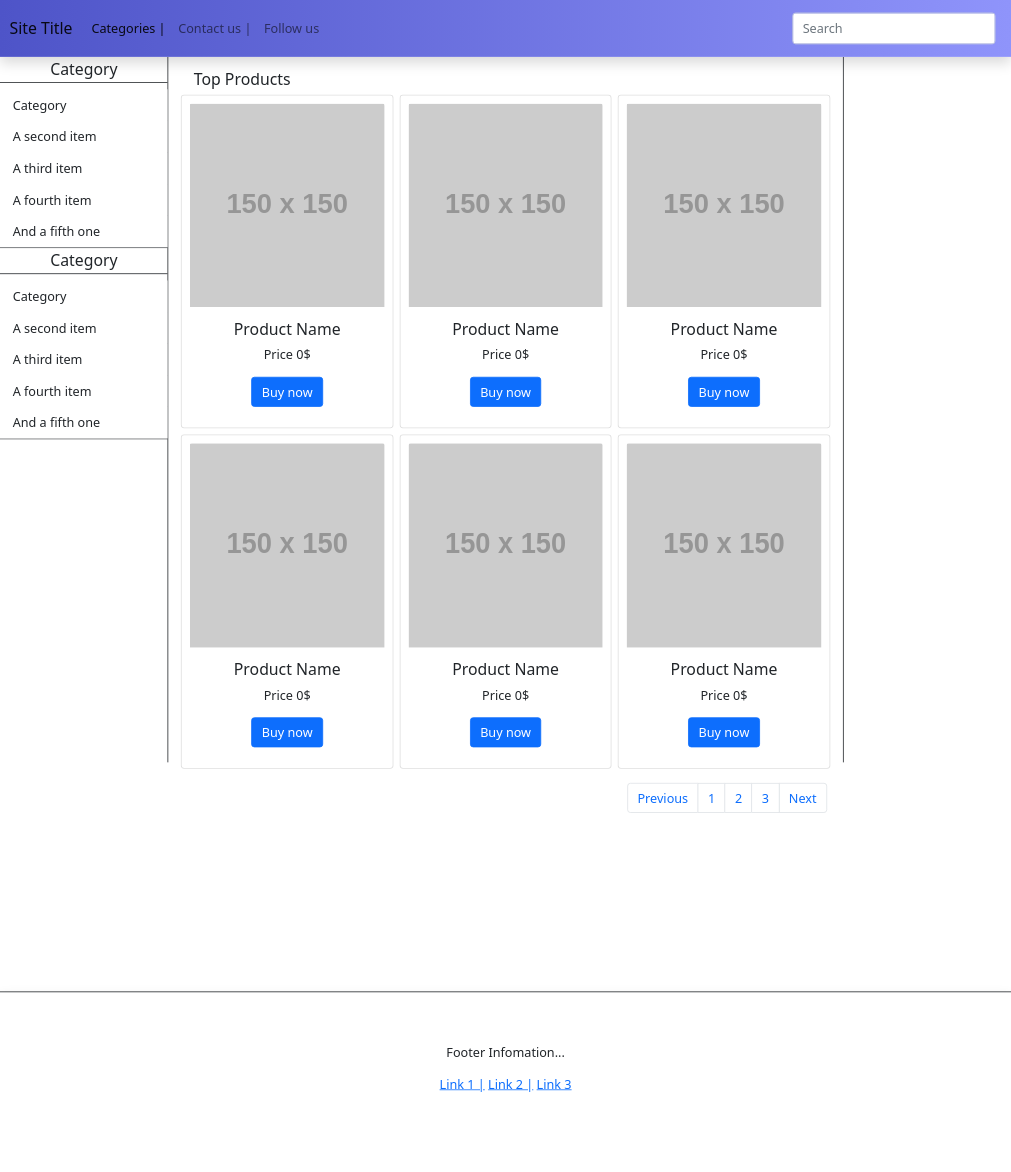
Repository: ttranhhoang/layoutBS
Page: layoutBS2/index.html
The author's editor kept a copy of each file at every save. The page is drawn from the files as they stood at one save, then again after the next save.
The browser window is 1280 px wide. The pictures show the whole page, at 79% of full size.

Above is the page before, as saved 2022-04-24 23:07:54.

After the next save:
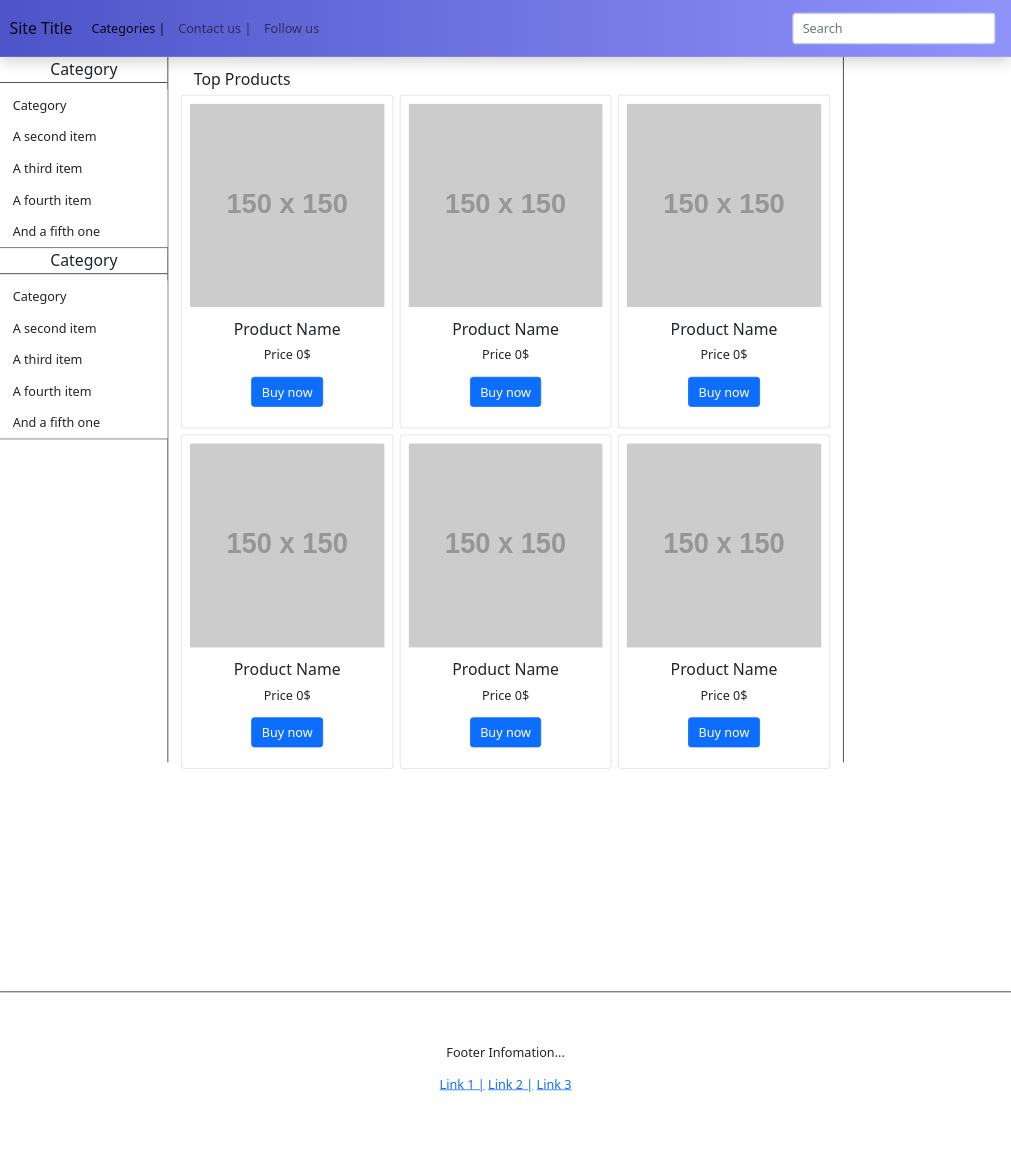
Saved 47 s later.
--- a/layoutBS2/index.html
+++ b/layoutBS2/index.html
@@ -194,33 +194,6 @@
                 </div>
               </div>
             </div>
-            <div class="position-absolute bottom right">
-              <nav aria-label="Page navigation example ">
-                <ul class="pagination justify-content-end">
-                  <li class="page-item">
-                    <a
-                      class="page-link"
-                      href="#"
-                      tabindex="-1"
-                      aria-disabled="true"
-                      >Previous</a
-                    >
-                  </li>
-                  <li class="page-item">
-                    <a class="page-link" href="#">1</a>
-                  </li>
-                  <li class="page-item">
-                    <a class="page-link" href="#">2</a>
-                  </li>
-                  <li class="page-item">
-                    <a class="page-link" href="#">3</a>
-                  </li>
-                  <li class="page-item">
-                    <a class="page-link" href="#">Next</a>
-                  </li>
-                </ul>
-              </nav>
-            </div>
           </div>
         </div>
 
